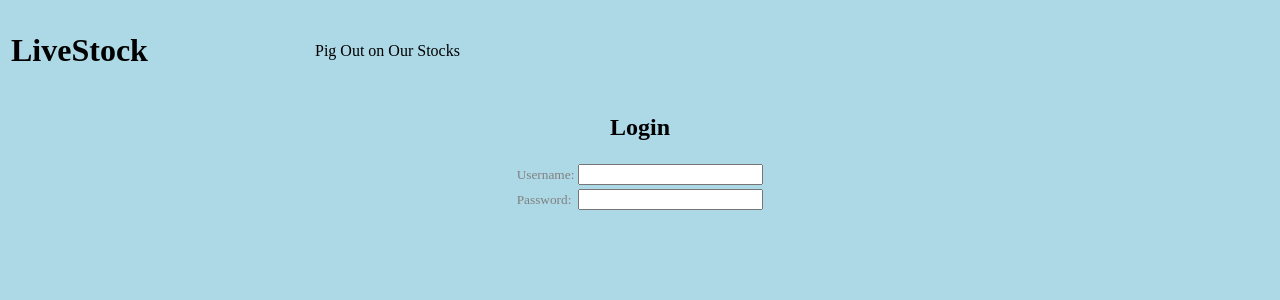
Repository: yastapova/live-stock
Page: LiveStockSite/WebContent/WEB-INF/index.html
These files come from the project's save history. The page is drawn as it stood at one moment and after the next save; the edit follows.
The browser window is 1280 px wide. The pictures show the whole page.

Above is the page before, as saved 2016-04-15 21:32:02.

After the next save:
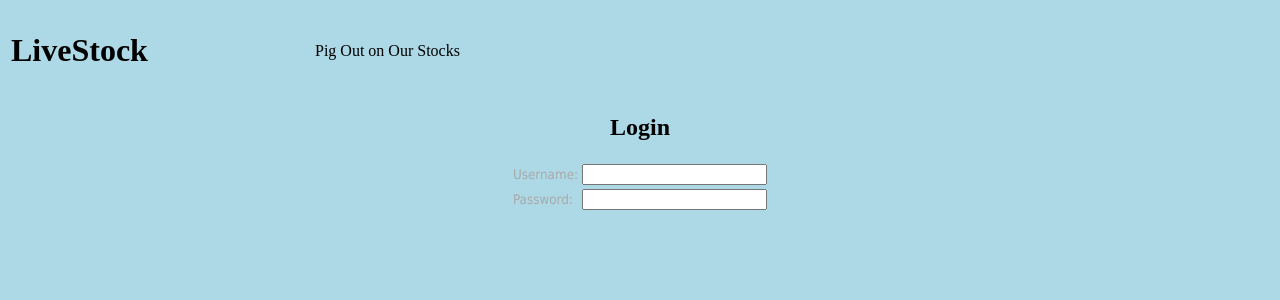
Saved 29 s later.
--- a/LiveStockSite/WebContent/WEB-INF/index.html
+++ b/LiveStockSite/WebContent/WEB-INF/index.html
@@ -9,7 +9,8 @@
 		}
 		.formlabel {
 			font-size: 10pt;
-			color: grey;
+			color: darkgrey;
+			font-family: Tahoma;
 		}
 	</style>
 </head>
